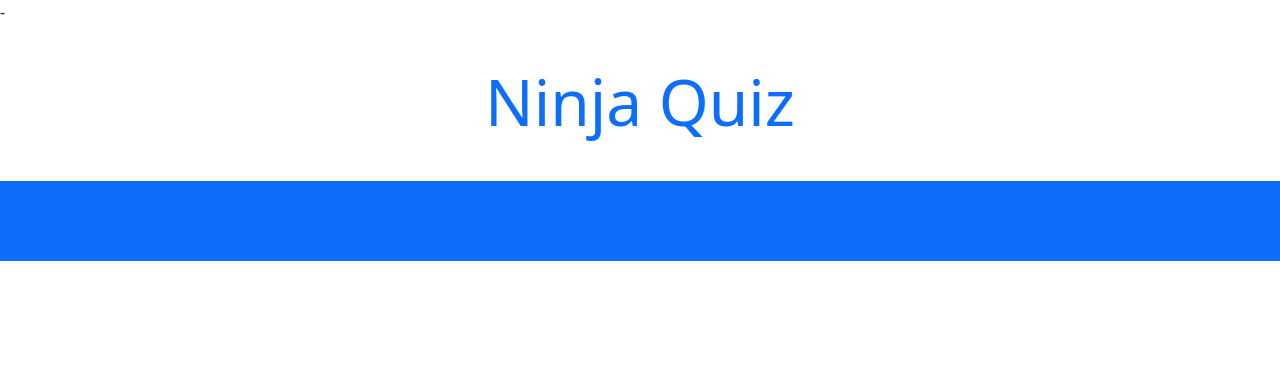
Repository: Programmer-RD-AI/Modern-JavaScript-Complete-guide-from-Novice-to-Ninja
Page: ninja_quiz/index.html
The author's editor kept a copy of each file at every save. The page is drawn from the files as they stood at one save, then again after the next save.
The browser window is 1280 px wide. The pictures show the whole page.

Above is the page before, as saved 2023-12-26 14:17:08.

### ninja_quiz/index.html
<html lang="en">
  <head>
    <meta charset="UTF-8" />
    -
    <meta name="viewport" content="width=device-width, initial-scale=1.0" />
    <link
      href="https://cdn.jsdelivr.net/npm/bootstrap@5.3.2/dist/css/bootstrap.min.css"
      rel="stylesheet"
      integrity="sha384-T3c6CoIi6uLrA9TneNEoa7RxnatzjcDSCmG1MXxSR1GAsXEV/Dwwykc2MPK8M2HN"
      crossorigin="anonymous"
    />
    <title>Ninja Quiz</title>
    <link rel="stylesheet" href="style.css" />
  </head>
  <body>
    <!-- introduction -->
    <div class="intro py-3 bg-white text-center">
      <div class="container">
        <h2 class="text-primary display-3 my-4">Ninja Quiz</h2>
      </div>
    </div>
    <!-- quiz section -->
    <div class="quiz py-3 bg-primary">
        <div class="container">
            <h2 class="my-5 text-white"></h2>
        </div>
    </div>
    <script src="app.js"></script>
  </body>
</html>

Loaded but not shown: ninja_quiz/app.js (no copy from this time; the picture is the same without it); ninja_quiz/style.css (no stored copy; drawn as an empty file)

After the next save:
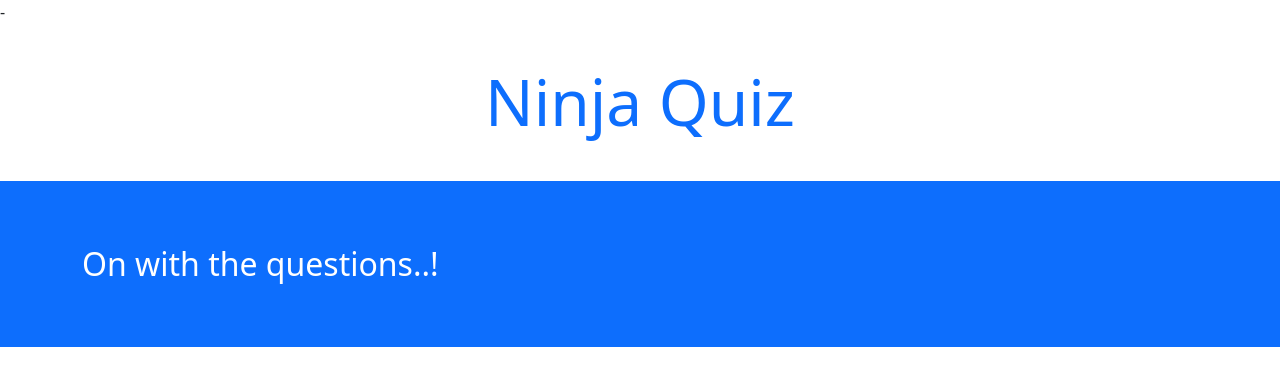
Saved 6 s later.
--- a/ninja_quiz/index.html
+++ b/ninja_quiz/index.html
@@ -21,9 +21,9 @@
     </div>
     <!-- quiz section -->
     <div class="quiz py-3 bg-primary">
-        <div class="container">
-            <h2 class="my-5 text-white"></h2>
-        </div>
+      <div class="container">
+        <h2 class="my-5 text-white">On with the questions..!</h2>
+      </div>
     </div>
     <script src="app.js"></script>
   </body>
